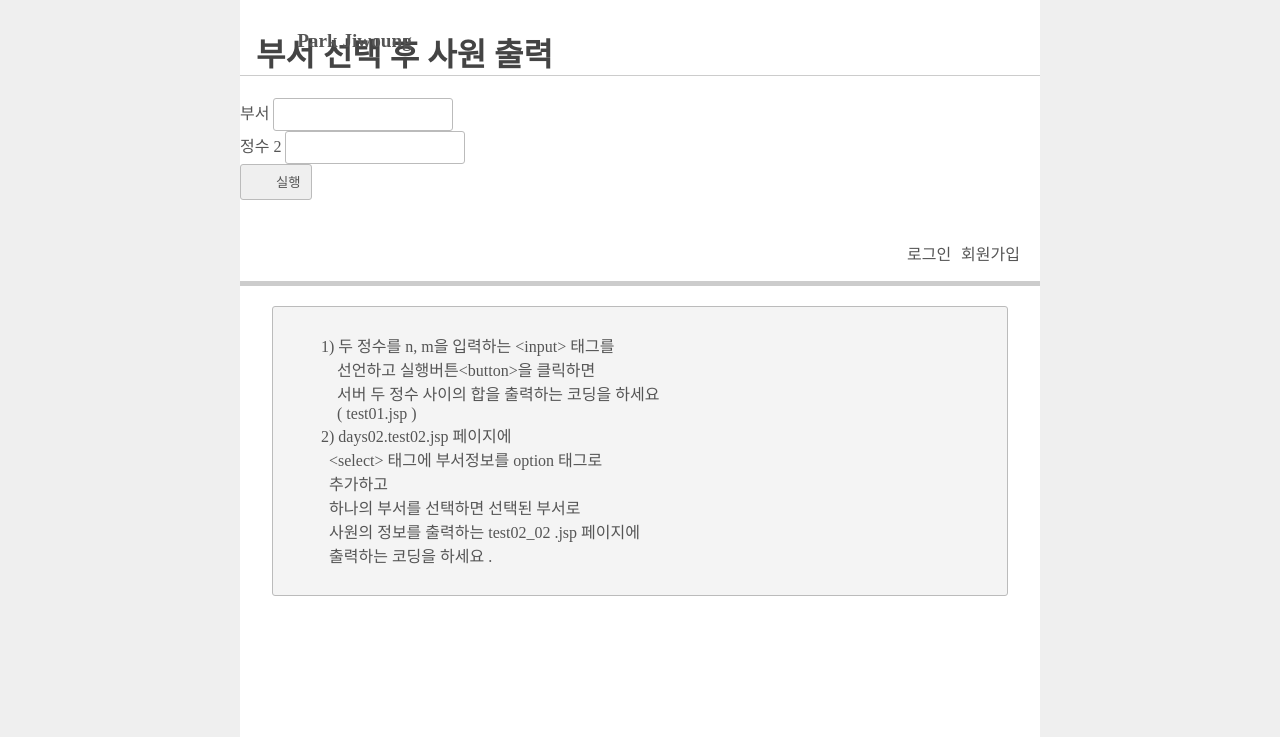
Repository: park-jiwoong/webClass
Page: http://localhost/jspPro/days02/ex01_02.jsp
An editor plug-in stored every save of this project. The page is shown before and after the next save, followed by the edit.
The browser window is 1280 px wide. The pictures show the whole page.
Some web fonts or font styles are not loaded; a fallback is used. The page is served by Tomcat 9.

Above is the page before, as saved 2025-05-22 00:26:43.

After the next save:
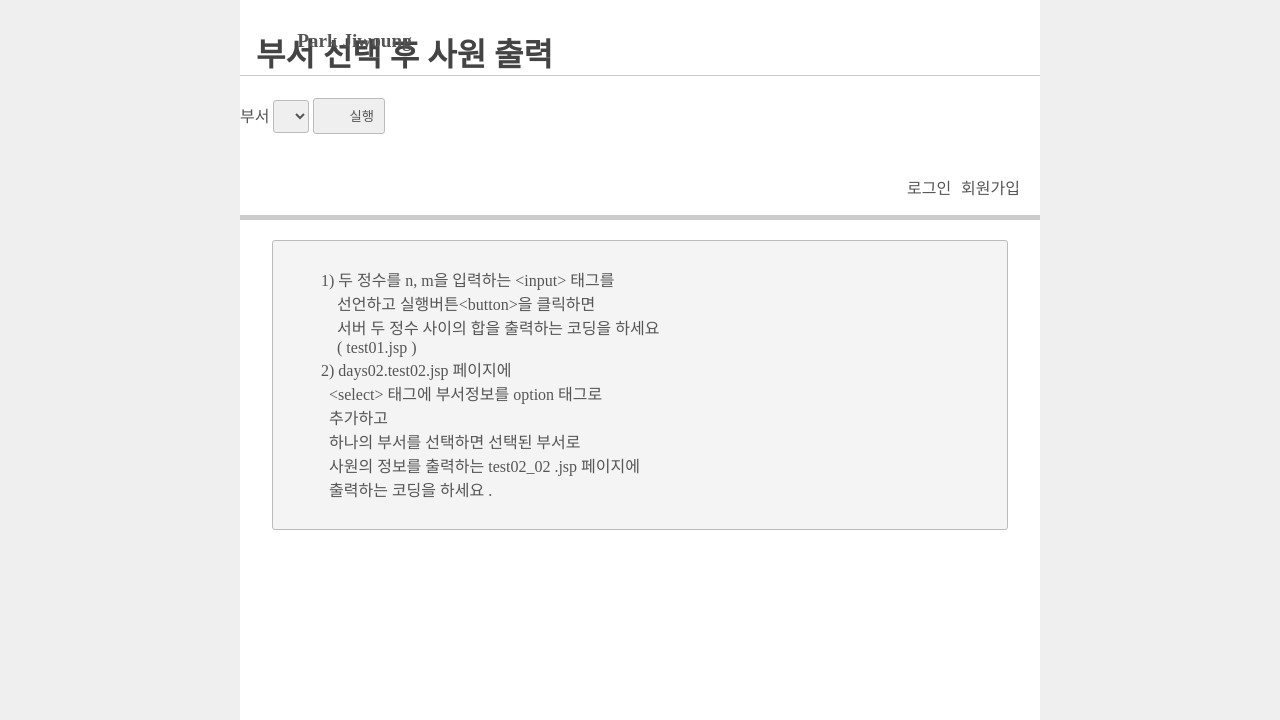
Saved 33 s later.
--- a/webPro/src/main/webapp/JSPClass/jspPro/src/main/webapp/days02/ex01_02.jsp
+++ b/webPro/src/main/webapp/JSPClass/jspPro/src/main/webapp/days02/ex01_02.jsp
@@ -19,9 +19,7 @@
 	<h1>부서 선택 후 사원 출력</h1>
 	<form action="test02.jsp" method="get">
 	<label for="dept">부서</label>
-	<input type="number" id="num1" name="num1" required="required"> <br>
-	<label for="num2">정수 2</label>
-	<input type="number" id="num2" name="num2" required="required"> <br>
+	<select id=""></select>
 	<button type="submit">실행</button>
 	</form>
 <header>
